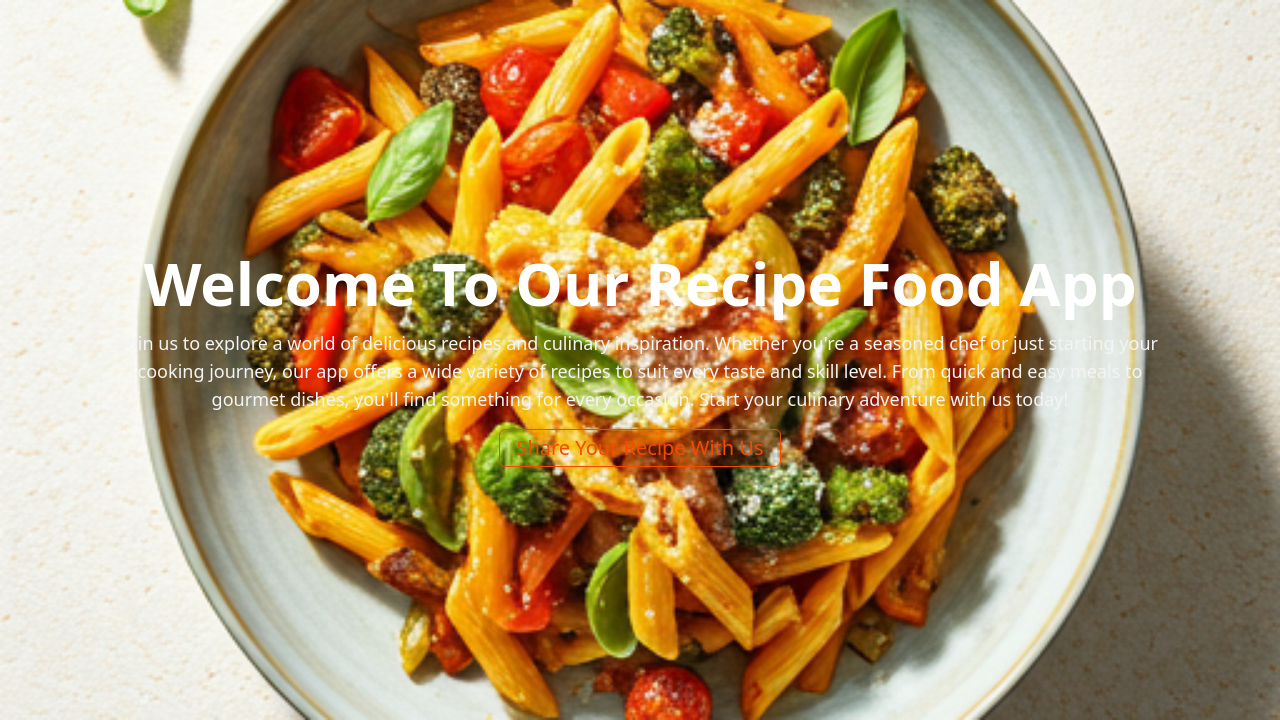
Repository: Eslam0Mohamed/mern-recipe-app
Page: / (app in FrontEnd/)
These files come from the project's save history. The page is drawn as it stood at one moment and after the next save; the edit follows.
The browser window is 1280 px wide. The pictures show the whole page.
The project was rebuilt for these pictures with package versions that can differ from the ones it lists, and the page was loaded fresh each time. Also part of the build but not shown: FrontEnd/vite.config.js.

Above is the page before, as saved 2026-05-07 18:24:45.

### FrontEnd/src/index.css
@import "tailwindcss";
  .container{
    @apply mx-auto w-10/12
}
@theme{
  --color-tertiary:"#F9F7F2"
}

### FrontEnd/src/App.jsx
import React from 'react'
import Home from './pages/Home'
import { createBrowserRouter } from 'react-router-dom'

const App = () => {
  const router = createBrowserRouter([
    { path: '/', element: <Home />  },
    // { path: '/', element: <Contact />  },
    // { path: '/', element: <Home />  }
  ])
  return (
    <main>
      <Home />
    </main>
  )
}

export default App

### FrontEnd/src/pages/Home.jsx
import React from 'react'
import backgroundImage from "../assets/bg_1.png"
function Home() {
  return (
    <section style={{backgroundImage:`url(${backgroundImage})`,}} className={`bg-cover bg-tertiary h-screen bg-center flex items-center justify-center `}>
      <div className='left container flex flex-col gap-4 text-center justify-center items-center' >
        <h1 className='text-white text-6xl font-semibold'>Welcome To Our Recipe Food App</h1>
        <p className='text-md text-gray-100 font-medium text-lg'> Join us to explore a world of delicious recipes and culinary inspiration. Whether you're a seasoned chef or just starting your cooking journey, our app offers a wide variety of recipes to suit every taste and skill level. From quick and easy meals to gourmet dishes, you'll find something for every occasion. Start your culinary adventure with us today!</p>
      <button className='w-fit outline-none px-4 py-1  text-xl border cursor-pointer border-orange-600 hover:bg-orange-600 hover:text-white transition-colors duration-150 rounded-md text-orange-600 '>Share Your Recipe With Us</button>
      </div>
      {/* <div className='right'>
        <img src={""} alt="share your recipe" />
      </div> */}
      <div></div>
    </section>
  )
}

export default Home

Loaded but not shown: FrontEnd/src/main.jsx (common file)

After the next save:
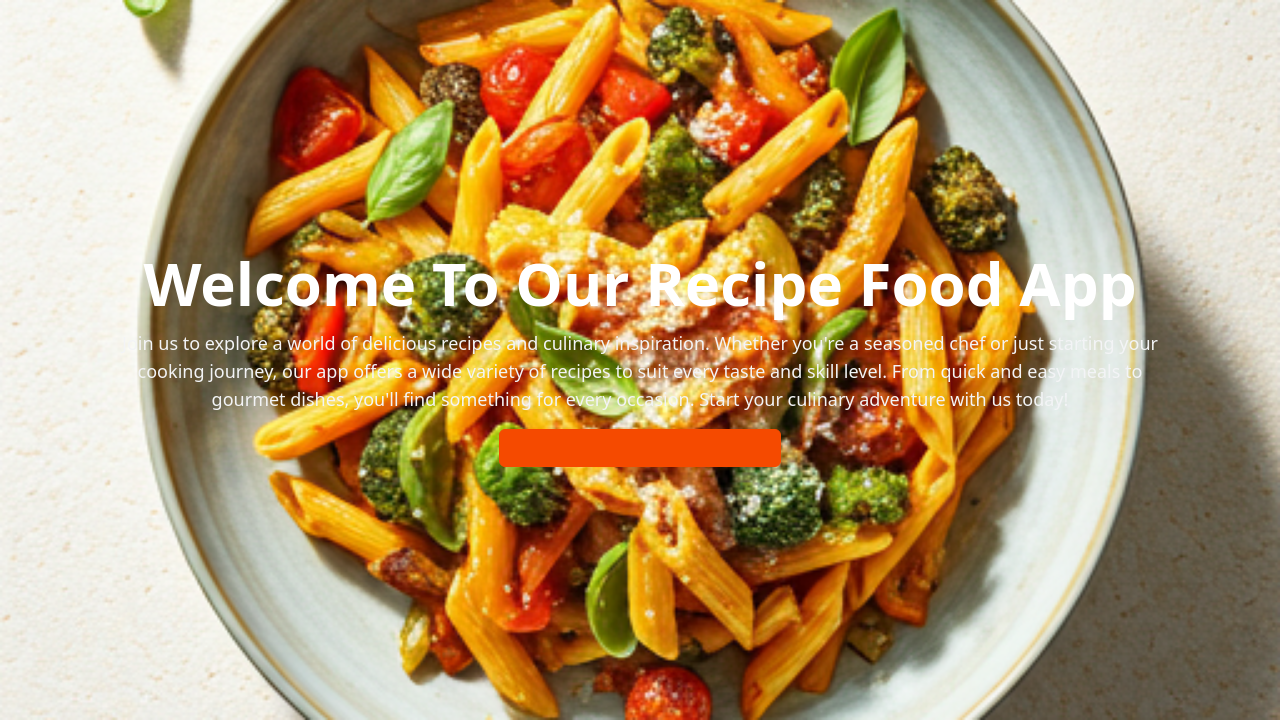
Saved 35 s later.
--- a/FrontEnd/src/pages/Home.jsx
+++ b/FrontEnd/src/pages/Home.jsx
@@ -6,7 +6,7 @@ function Home() {
       <div className='left container flex flex-col gap-4 text-center justify-center items-center' >
         <h1 className='text-white text-6xl font-semibold'>Welcome To Our Recipe Food App</h1>
         <p className='text-md text-gray-100 font-medium text-lg'> Join us to explore a world of delicious recipes and culinary inspiration. Whether you're a seasoned chef or just starting your cooking journey, our app offers a wide variety of recipes to suit every taste and skill level. From quick and easy meals to gourmet dishes, you'll find something for every occasion. Start your culinary adventure with us today!</p>
-      <button className='w-fit outline-none px-4 py-1  text-xl border cursor-pointer border-orange-600 hover:bg-orange-600 hover:text-white transition-colors duration-150 rounded-md text-orange-600 '>Share Your Recipe With Us</button>
+      <button className='w-fit outline-none px-4 py-1  text-xl border cursor-pointer border-orange-600 bg-orange-600 hover:text-white transition-colors duration-150 rounded-md text-orange-600 '>Share Your Recipe With Us</button>
       </div>
       {/* <div className='right'>
         <img src={""} alt="share your recipe" />
